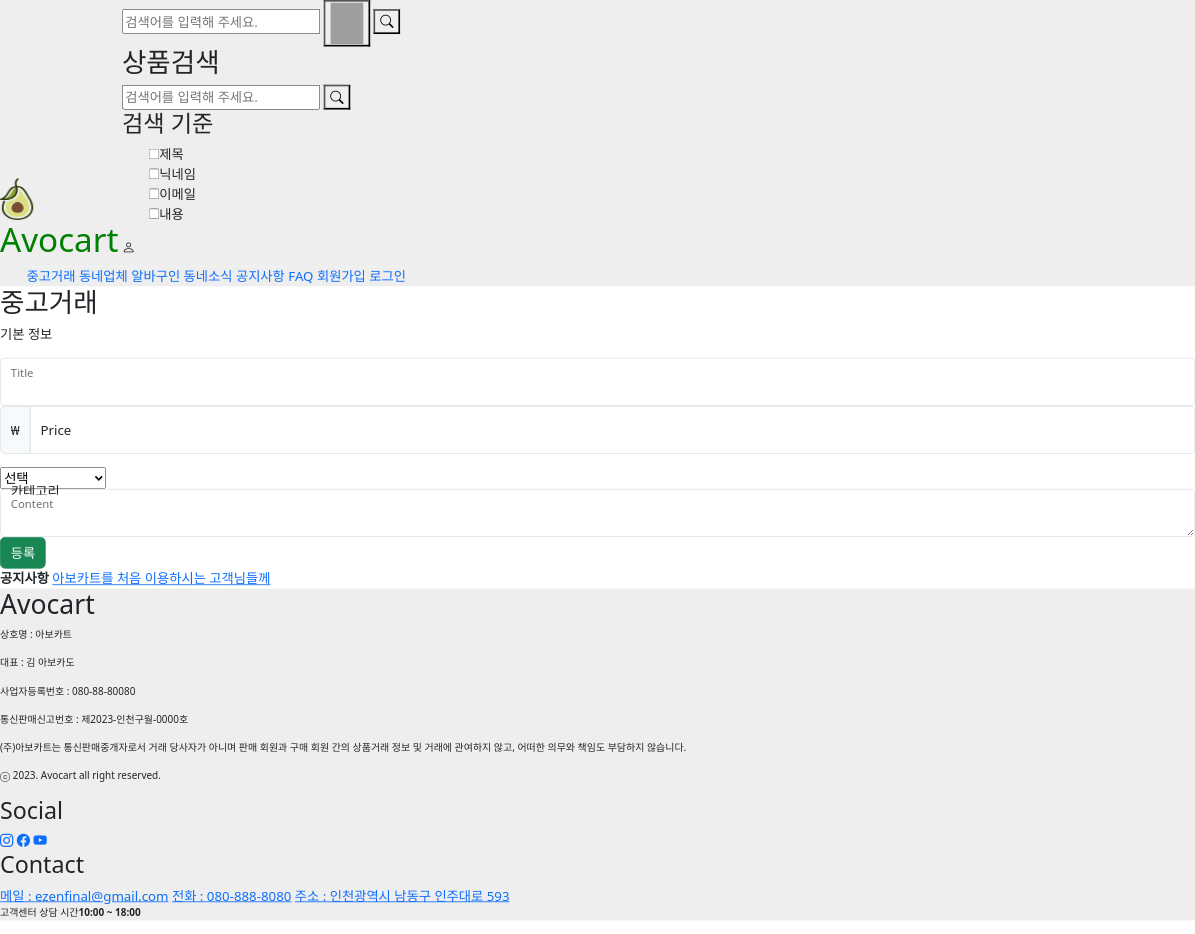
Repository: kimms0311/finalProject
Page: http://localhost/finalProject/WEB-INF/views/joongo/register.jsp
An editor plug-in stored every save of this project. The page is shown before and after the next save, followed by the edit.
The browser window is 1280 px wide. The page is 1440 px wide, so the pictures cover 1440 px, including what lies to the right of the window. The pictures show the whole page, at 83% of full size.
Pictures or frames that could not be fetched are drawn as grey boxes. The page is served by Tomcat 9. Nobody is signed in. Other server files are loaded and not shown. The template is opened directly, without the code that normally fills it, so the values that code supplies are empty.

Above is the page before, as saved 2023-11-16 12:01:46.

### finalProject/src/main/webapp/WEB-INF/views/joongo/register.jsp
<%@ page language="java" contentType="text/html; charset=UTF-8"
    pageEncoding="UTF-8"%>
<!DOCTYPE html>
<html>
<head>
<meta charset="UTF-8">
<title>Insert title here</title>
<style>
.form-floating > .form-control{
	height: 100px;
}

</style>
</head>
<body>
<jsp:include page="../common/header.jsp" />
<div class="bodyContainer">
	<h2> 중고거래 </h2>
	<p>기본 정보</p>
	<form action="/joongo/register" method="post">
		<input type="hidden" name="proEmail" value="joongoEmail@email">
		<input type="hidden" name="proNickName" value="joongoJY">
		<input type="hidden" name="proCategory" value="joongo">
		<div class="form-floating">
			<input type="text" class="form-control" id="title" name="proTitle" required="required">
			<label for="title">Title</label>
		</div>
		<div class="input-group mb-3">
		  <span class="input-group-text">&#8361;</span>
		  <div class="form-floating">
		    <input type="number" class="form-control" id="price" name="proPrice" placeholder="price" required="required">
		    <label for="price">Price</label>
		  </div>
		</div>
		<div class="form-floating">
			<jsp:include page="menuSelect.jsp"/>
			<label for="menu">카테고리</label>
	    </div>
		<div class="form-floating">
			<textarea class="form-control" id="content" name="proContent" required="required"></textarea>
			<label for="content">Content</label>
		</div>
		<button type="submit" class="btn btn-success">등록</button>
	</form>
</div>
<jsp:include page="../common/footer.jsp" />
</body>
</html>

### finalProject/src/main/webapp/WEB-INF/views/common/header.jsp
<%@ page language="java" contentType="text/html; charset=UTF-8"
    pageEncoding="UTF-8"%>
<%@ taglib uri="http://java.sun.com/jsp/jstl/core" prefix="c"%>
<%@ taglib uri="http://www.springframework.org/security/tags" prefix="sec" %>
<!DOCTYPE html>
<html>
<head>
<meta charset="UTF-8">
<title>Insert title here</title>
<link rel="stylesheet" href="../resources/css/page.css">
<link href="https://cdn.jsdelivr.net/npm/bootstrap@5.3.1/dist/css/bootstrap.min.css" rel="stylesheet" integrity="sha384-4bw+/aepP/YC94hEpVNVgiZdgIC5+VKNBQNGCHeKRQN+PtmoHDEXuppvnDJzQIu9" crossorigin="anonymous">
<script src="https://cdn.jsdelivr.net/npm/bootstrap@5.3.1/dist/js/bootstrap.bundle.min.js" integrity="sha384-HwwvtgBNo3bZJJLYd8oVXjrBZt8cqVSpeBNS5n7C8IVInixGAoxmnlMuBnhbgrkm" crossorigin="anonymous"></script>
<link rel="stylesheet" href="https://cdn.jsdelivr.net/npm/bootstrap-icons@1.10.5/font/bootstrap-icons.css">
</head>
<body>

<div class="headerContainer">
   <header>
      <div class="logoSec">
         <img alt="logo" src="../resources/image/avocartLogo.png">
         <h1><a href="/">Avocart</a></h1>
      </div>
      <div class="searchSec">
         <form action="/common/search" method="post">
            <input type="search" id="searchInput" placeholder="검색어를 입력해 주세요.">
            <button type="button"><img width="24" height="24" src="https://img.icons8.com/plumpy/24/macos-close.png" alt="macos-close"/></button>
            <button type="button" class="openMenu">
               <i class="bi bi-search"></i>
            </button>
            <div class="searchMenu off">
               <h2>상품검색</h2>
               <input type="search" id="keyword" name="keyword" placeholder="검색어를 입력해 주세요.">
               <button type="submit">
                  <i class="bi bi-search"></i>
               </button>
               <h3>검색 기준</h3>
               <ul>
                  <li><input type="checkbox" name="srcCondit" id="ck_title" value="title"><label for="ck_title">제목</label></li>
                  <li><input type="checkbox" name="srcCondit" id="ck_nickname" value="nickname"><label for="ck_nickname">닉네임</label></li>
                  <li><input type="checkbox" name="srcCondit" id="ck_email" value="email"><label for="ck_email">이메일</label></li>
                  <li><input type="checkbox" name="srcCondit" id="ck_content" value="content"><label for="ck_content">내용</label></li>
               </ul>
               <!-- <h3>게시판 선택</h3>
               <ul>
                  <li><input type="checkbox" name="srcCondit" id="title" value="title"><label for="title">제목</label></li>
                  <li><input type="checkbox" name="srcCondit" id="nickname" value="nickname"><label for="nickname">닉네임</label></li>
                  <li><input type="checkbox" name="srcCondit" id="email" value="email"><label for="email">이메일</label></li>
                  <li><input type="checkbox" name="srcCondit" id="content" value="content"><label for="content">내용</label></li>
               </ul> -->
               <!-- <button type="button" id="checkCondit">확인</button> -->
            </div>
         </form>
         <i id="my" class="bi bi-person"></i>
         <!-- 로그인 후 오픈되어야 할 메뉴 -->
         <sec:authorize access="isAuthenticated()">
           <sec:authentication property="principal.mvo.memEmail" var="authEmail" />
            <div id="myMenu" class="off">
               <ul>
                  <li><a href="/hmember/detail?memEmail=${authEmail }">마이페이지</a></li>
                  <li><a href="#" id="logoutLink">로그아웃</a></li>
                  <form action="/member/logout" method="post" id="logoutForm">
                       <input type="hidden" name="memEmail" value="${authEmail }">
                  </form>
               </ul>
            </div>
         </sec:authorize>
      </div>
   </header>
   <nav>
      <ul>
         <li><a href="/joongo/list">중고거래</a></li>
         <li><a href="/store/list">동네업체</a></li>
         <li><a href="/job/list">알바구인</a></li>
         <li><a href="/community/list">동네소식</a></li>
         <li><a href="#">공지사항</a></li>
         <li><a href="#">FAQ</a></li>

           <!-- 로그인 전 오픈되어야 할 메뉴 -->
         <sec:authorize access="isAnonymous()">
            <li><a href="/member/register">회원가입</a></li>
            <li><a href="/member/login">로그인</a></li>
         </sec:authorize>
      </ul>
   </nav>
</div>

<script type="text/javascript" src="/resources/js/header.js"></script>
</body>
</html>

### finalProject/src/main/webapp/WEB-INF/views/joongo/menuSelect.jsp
<%@ page language="java" contentType="text/html; charset=UTF-8"
    pageEncoding="UTF-8"%>
<select class="menuSelect" id="menu" name="proMenu" required="required">
	<option ${pbvo.proMenu eq null ? "selected" : ""} style="display:none">선택</option>
	<option ${pbvo.proMenu eq "디지털기기" ? "selected" : ""} value="디지털기기">디지털기기</option>
	<option ${pbvo.proMenu eq "가구" ? "selected" : ""} value="가구">가구</option>
	<option ${pbvo.proMenu eq "유아동" ? "selected" : ""} value="유아동">유아동</option>
	<option ${pbvo.proMenu eq "여성의류" ? "selected" : ""} value="여성의류">여성의류</option>
	<option ${pbvo.proMenu eq "남성의류" ? "selected" : ""} value="남성의류">남성의류</option>
	<option ${pbvo.proMenu eq "생활가전" ? "selected" : ""} value="생활가전">생활가전</option>
	<option ${pbvo.proMenu eq "생활|주방" ? "selected" : ""} value="생활|주방">생활|주방</option>
	<option ${pbvo.proMenu eq "가공식품" ? "selected" : ""} value="가공식품">가공식품</option>
	<option ${pbvo.proMenu eq "스포츠|레저" ? "selected" : ""} value="스포츠|레저">스포츠|레저</option>
	<option ${pbvo.proMenu eq "취미|게임|음반" ? "selected" : ""} value="취미|게임|음반">취미|게임|음반</option>
	<option ${pbvo.proMenu eq "뷰티|미용" ? "selected" : ""} value="뷰티|미용">뷰티|미용</option>
	<option ${pbvo.proMenu eq "식물" ? "selected" : ""} value="식물">식물</option>
	<option ${pbvo.proMenu eq "반려동물용품" ? "selected" : ""} value="반려동물용품">반려동물용품</option>
	<option ${pbvo.proMenu eq "도서" ? "selected" : ""} value="도서">도서</option>
	<option ${pbvo.proMenu eq "기타 중고물품" ? "selected" : ""} value="기타 중고물품">기타 중고물품</option>
	<option ${pbvo.proMenu eq "삽니다" ? "selected" : ""} value="삽니다">삽니다</option>
</select>

### finalProject/src/main/webapp/WEB-INF/views/common/footer.jsp
<%@ page language="java" contentType="text/html; charset=UTF-8"
    pageEncoding="UTF-8"%>
<!DOCTYPE html>
<html>
<head>
<meta charset="UTF-8">
<title>Insert title here</title>
</head>
<body>
<footer>
	<section class="infoSec">
		<div>
			<b>공지사항</b>
			<a href="#">아보카트를 처음 이용하시는 고객님들께</a>
		</div>
	</section>
	<div class="footerContainer">
		<div class="mainSec">
			<h2>Avocart</h2>
			<p>상호명 : 아보카트</p>
			<p>대표 : 김 아보카도</p>
			<p>사업자등록번호 : 080-88-80080</p>
			<p>통신판매신고번호 : 제2023-인천구월-0000호</p>
			<p>(주)아보카트는 통신판매중개자로서 거래 당사자가 아니며 판매 회원과 구매 회원 간의 상품거래 정보 및 거래에 관여하지 않고, 어떠한 의무와 책임도 부담하지 않습니다.</p>
			<p>ⓒ 2023. Avocart all right reserved.</p>
		</div>
		<div class="socialSec">
			<h3>Social</h3>
			<a href="#"><i class="bi bi-instagram"></i></a>
			<a href="#"><i class="bi bi-facebook"></i></a>
			<a href="#"><i class="bi bi-youtube"></i></a>
		</div>
		<div class="contactSec">
			<h3>Contact</h3>
			<a href="mailto:ezenFinal@gmail.com">메일 : ezenfinal@gmail.com</a>
			<a href="tel:080-888-8080">전화 : 080-888-8080</a>
			<a href="https://kko.to/k2pByw0PdA" target="_blank">주소 : 인천광역시 남동구 인주대로 593</a>
			<p>고객센터 상담 시간<b>10:00 ~ 18:00</b></p>
		</div>
	</div>
</footer>
</body>
</html>

### finalProject/src/main/webapp/resources/css/page.css
@import url("reset.css");
@import url("global.css");

### finalProject/src/main/webapp/resources/css/global.css
.headerContainer{
}
header{
	width: 1440px;
	margin: 0 auto;
	background-color: #eeeeee;
}
header>*{
	display: inline-block;
}
header img{
	width: 40px;
	height: 50px;
}
header h1 a{
	text-decoration: none;
	color: green;
}
nav{
	width: 1440px;
	margin: 0 auto;
	background-color: #eeeeee;

}
nav ul{
	display: inline;
}
nav ul li{
	display: inline-block;
}
nav ul li a{
	text-decoration: none;

}


.bodyContainer{
	margin: 0 auto;
	width: 1440px;
}

footer .footerContainer{
	margin: 0 auto;
	width: 1440px;
	background-color: #eeeeee;

}

footer{
}
footer p{
	display: block;
	font-size: 12px;
}

Loaded but not shown: finalProject/src/main/webapp/resources/css/reset.css (common file); finalProject/src/main/webapp/resources/js/header.js (no copy from this time; the picture is the same without it)

After the next save:
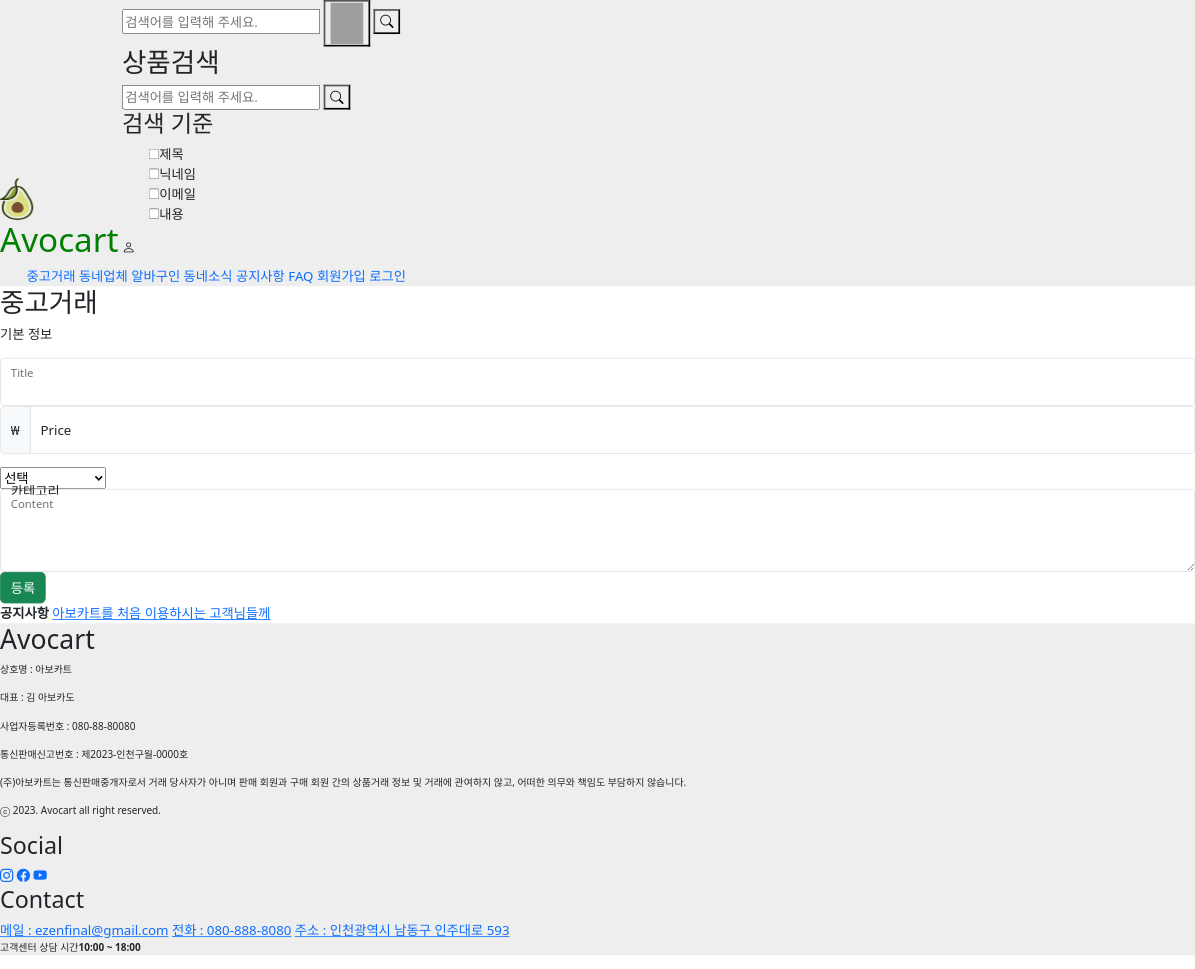
Saved 33 s later.
--- a/finalProject/src/main/webapp/WEB-INF/views/joongo/register.jsp
+++ b/finalProject/src/main/webapp/WEB-INF/views/joongo/register.jsp
@@ -6,7 +6,7 @@
 <meta charset="UTF-8">
 <title>Insert title here</title>
 <style>
-.form-floating > .form-control{
+.form-floating > textarea.form-control{
 	height: 100px;
 }
 
